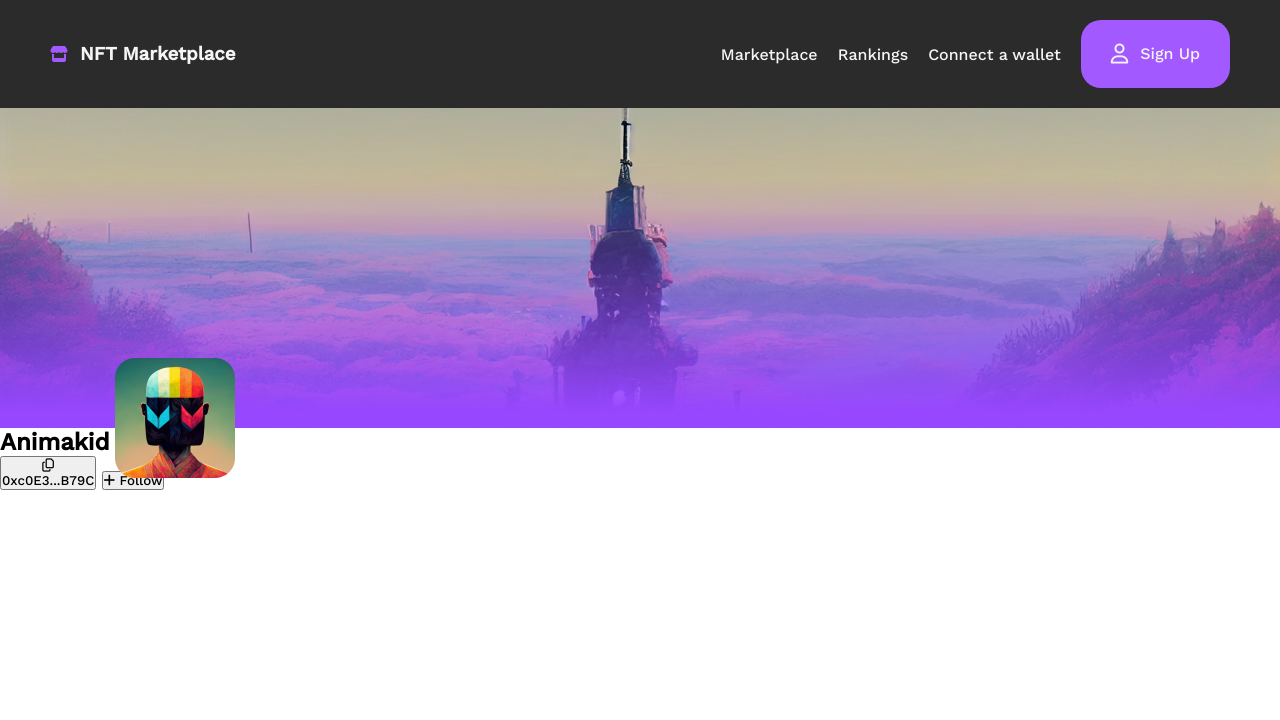
Repository: levananh202ht/NFT_Marketplace
Page: index.html
These files come from the project's save history. The page is drawn as it stood at one moment and after the next save; the edit follows.
The browser window is 1280 px wide. The pictures show the whole page.

Above is the page before, as saved 2023-12-09 13:06:23.

### index.html
<!DOCTYPE html>
<html lang="en">
<head>
    <meta charset="UTF-8">
    <meta name="viewport" content="width=device-width, initial-scale=1.0">
    <link rel="stylesheet" href="index.css">
    <link rel="stylesheet" href="responsive.css">
    <link rel="stylesheet" href="https://cdnjs.cloudflare.com/ajax/libs/font-awesome/6.5.1/css/all.min.css" integrity="sha512-DTOQO9RWCH3ppGqcWaEA1BIZOC6xxalwEsw9c2QQeAIftl+Vegovlnee1c9QX4TctnWMn13TZye+giMm8e2LwA==" crossorigin="anonymous" referrerpolicy="no-referrer" />
    <title>Document</title>
</head>
<body>
    <div class="nft_container">
        <!-- header -->
        <div class="nft_header">

            <div class="nft_header-left">
                <i class="fa-solid fa-store"></i>
                <h3>NFT Marketplace</h3>
            </div>

            <ul class="nft_header-right">
                <li class="nft_header-right-item">Marketplace</li>
                <li class="nft_header-right-item">Rankings</li>
                <li class="nft_header-right-item">Connect a wallet</li>
                <li class="nft_header-right-item">
                    <div>
                        <i class="fa-regular fa-user"></i>
                        <p>Sign Up</p>
                    </div>
                </li>
            </ul>

            <i class="icon-bar-responsive fa-solid fa-bars-staggered"></i>

        </div>
        <!-- profileImage -->
        <div class="nft_profileImage">
            <img src="./assets/images/Avatar Placeholder.png" alt="">
        </div>
        <!-- userInfo -->
        <div class="nft_userInfo">

            <div class="nft_userInfo-top">

                <h2>Animakid</h2>
                <button>
                    <i class="fa-regular fa-copy"></i>
                    <p>0xc0E3...B79C</p>
                </button>
                <button>
                    <i class="fa-solid fa-plus"></i>
                    Follow
                </button>

            </div>

            <div class="nft_userInfo-bottom"></div>

        </div>

        <div class="nft_tab"></div>

        <div class="nft_cardSection"></div>

        <div class="footer"></div>

    </div>
</body>
</html>

### index.css
@import url('https://fonts.googleapis.com/css2?family=Work+Sans:ital,wght@0,500;1,500&display=swap');

* {
    margin: 0;
    padding: 0;
    box-sizing: border-box;
    font-family: 'Work Sans', sans-serif;
}
    /* CSS header */
.nft_header {
    background: #2B2B2B;
    display: flex;
    justify-content: space-between;
    color: #F5F5F5;
    padding: 20px 50px;
}

.nft_header .nft_header-left {
    display: flex;
    align-items: center;
}
.nft_header .nft_header-left i {
    color: #A259FF;
}
.nft_header .nft_header-left h3 {
    margin-left: 12px;
}

.nft_header .nft_header-right {
    display: flex;
    list-style:  none;
    align-items: center;

}

.nft_header .nft_header-right .nft_header-right-item {
    margin-left: 20px;
    font-size: 16px;
}

.nft_header .nft_header-right .nft_header-right-item:last-child div {
    padding: 24px 30px;
    display: flex;
    border-radius: 20px;
    background: #A259FF;
}

.nft_header .nft_header-right .nft_header-right-item:last-child div i {
    font-size: 20px;
}

.nft_header .nft_header-right .nft_header-right-item:last-child div p {
    margin-left: 12px;
    font-size: 16px;
}
.nft_header .icon-bar-responsive {
    display: none;
}
    /* CSS profileImage */
.nft_profileImage {
    width: 100%;
    height: 320px;
    background-image: url("./assets/images/Image PlaceHolder.png");
    position: relative;

}

.nft_profileImage img {
    left: 9%;
    position: absolute;
    bottom: -50px;
}

### responsive.css
@media screen and (max-width: 768px) {

    .nft_header{
        align-items: center;
    }

    .nft_header .nft_header-right {
        display: none;
    }
    .nft_header .icon-bar-responsive{
        display: block;
    }
}
@media screen and (max-width: 418px) {
    /* header */
    .nft_header{
        padding: 15px 30px;
    }
    /* profileImage */
    .nft_profileImage img{
        left: 34%;
    }

}

After the next save:
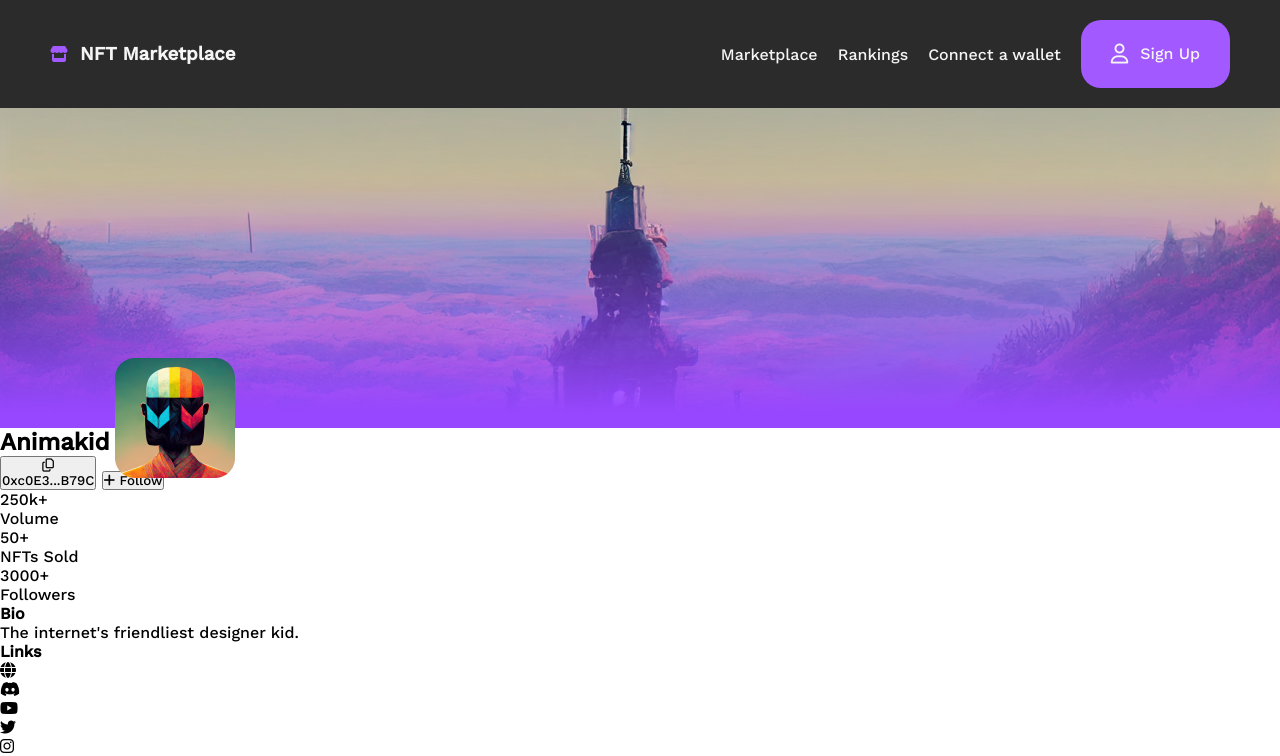
Saved 25 min 6 s later.
--- a/index.html
+++ b/index.html
@@ -54,7 +54,58 @@
 
             </div>
 
-            <div class="nft_userInfo-bottom"></div>
+            <div class="nft_userInfo-bottom">
+
+                <div class="nft_userInfo-bottom-param">
+
+                    <div>
+                        <p>250k+</p>
+                        <p>Volume</p>
+                    </div>
+
+                    <div>
+                        <p>50+</p>
+                        <p>NFTs Sold</p>
+                    </div>
+
+                    <div>
+                        <p>3000+</p>
+                        <p>Followers</p>
+                    </div>
+
+                </div>
+
+                <div class="nft_userInfo-bottom-bio">
+
+                    <h4>Bio</h4>
+                    <p>The internet's friendliest designer kid.</p>
+
+                </div>
+
+                <div class="nft_userInfo-bottom-links">
+
+                    <h4>Links</h4>
+                    <ul>
+                        <li>
+                            <i class="fa-solid fa-globe"></i>
+                        </li>
+                        <li>
+                            <i class="fa-brands fa-discord"></i>
+                        </li>
+                        <li>
+                            <i class="fa-brands fa-youtube"></i>
+                        </li>
+                        <li>
+                            <i class="fa-brands fa-twitter"></i>
+                        </li>
+                        <li>
+                            <i class="fa-brands fa-instagram"></i>
+                        </li>
+                    </ul>
+
+                </div>
+
+            </div>
 
         </div>
 
